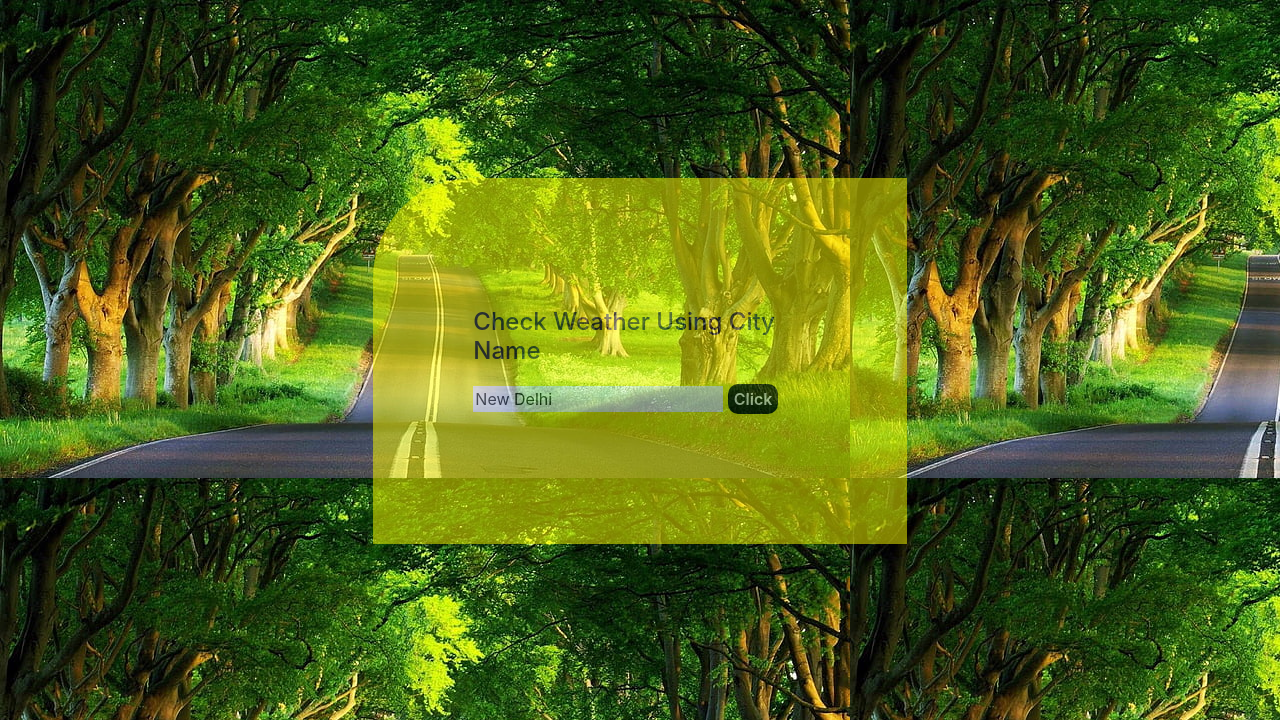
Repository: prashantkumarbind/Hospital-Weather-Concept
Page: http://localhost/weather-app/
These files come from the project's save history. The page is drawn as it stood at one moment and after the next save; the edit follows.
The browser window is 1280 px wide. The pictures show the whole page.
The page is served by Tomcat 9.

Above is the page before, as saved 2024-01-19 07:45:02.

After the next save:
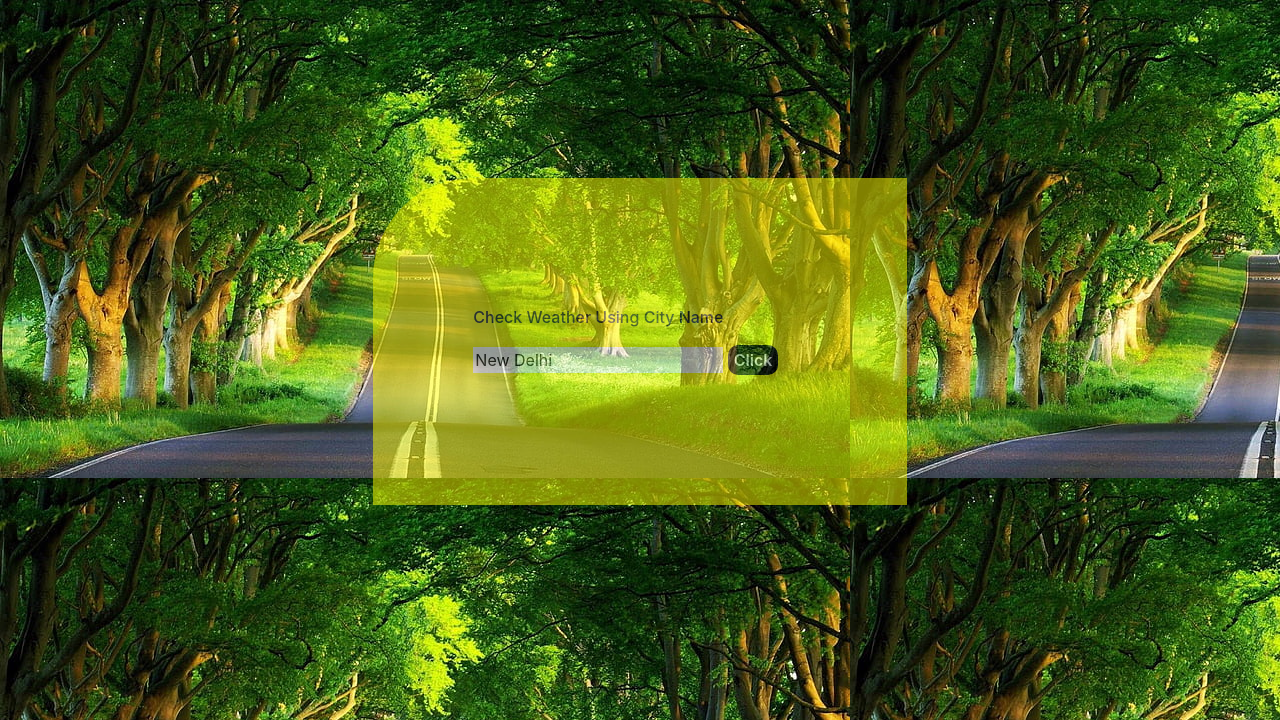
Saved 27 s later.
--- a/weather-app/src/main/webapp/index.jsp
+++ b/weather-app/src/main/webapp/index.jsp
@@ -47,7 +47,7 @@
 			<div class="container-fluid">
 				<div class="row justify-content-center">
 					<div class="col-5 form controller ">
-						<h4>Check Weather Using City Name</h4>
+						<h6>Check Weather Using City Name</h6>
 						<form action="FormDataController" method="Post">
 							 <div class="form-design">
 							 	<input class="text-design" type="text" name="city_name" value="New Delhi">
